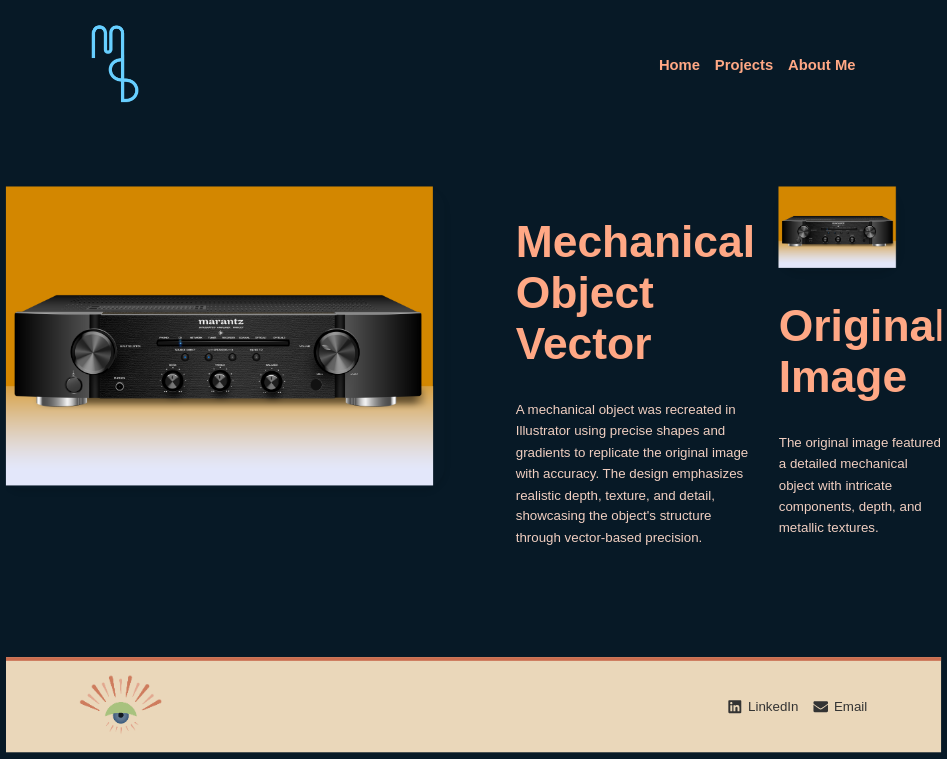
Repository: madelinestruthers/madeline-portfolio-site
Page: /Projects/mechanical-object
The author's editor kept a copy of each file at every save. The page is drawn from the files as they stood at one save, then again after the next save.
The browser window is 1280 px wide. The pictures show the whole page, at 74% of full size.
The project was rebuilt for these pictures with package versions that can differ from the ones it lists, and the page was loaded fresh each time. The framework's server and built-in components were replaced by stand-ins that run in the browser. Also part of the build but not shown: next.config.mjs.

Above is the page before, as saved 2025-02-09 14:31:03.

After the next save:
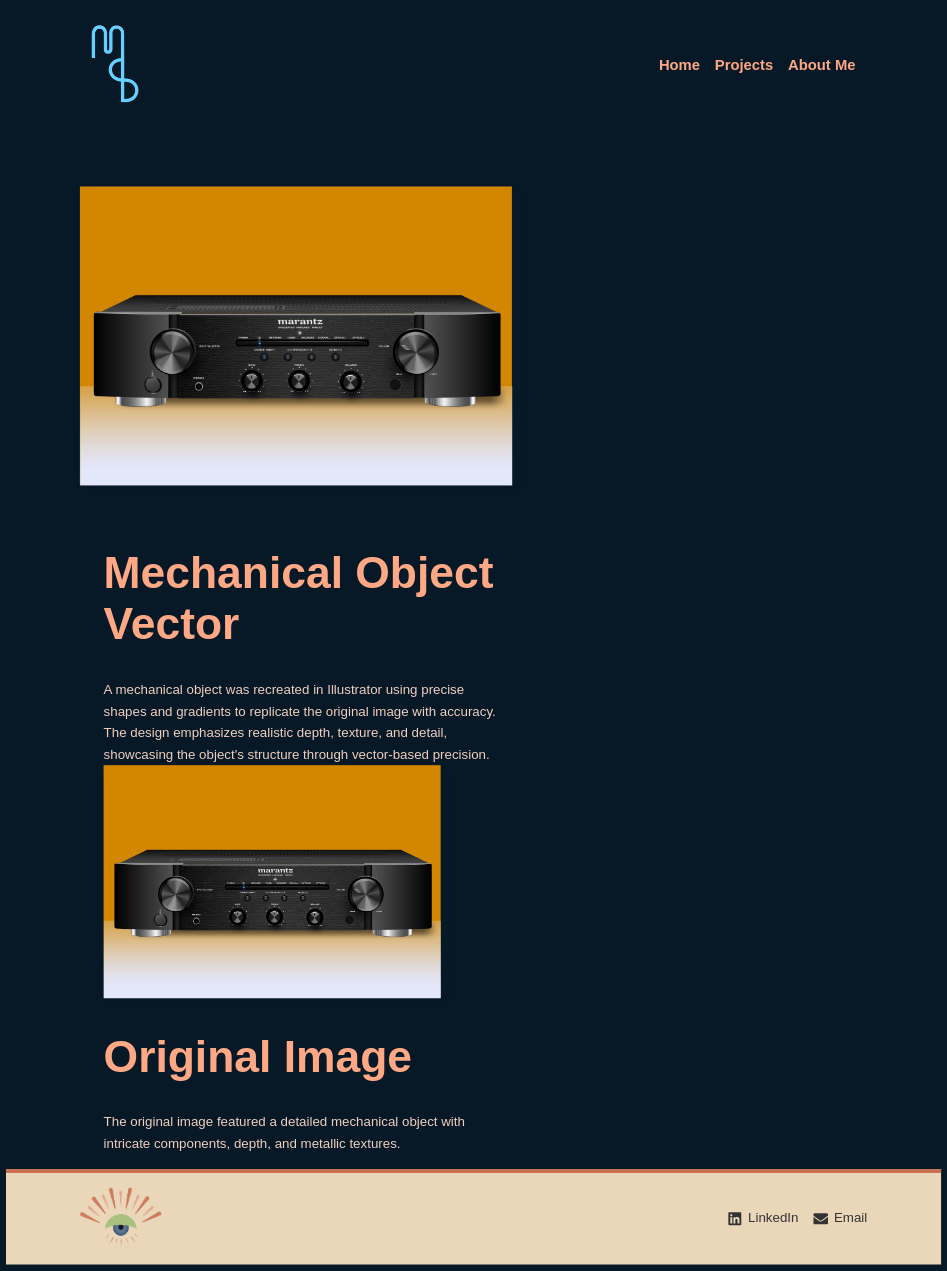
Saved 3 min 3 s later.
--- a/src/styles/About.module.css
+++ b/src/styles/About.module.css
@@ -48,7 +48,7 @@
   /* Responsive Adjustments */
   @media (min-width: 768px) {
     .container {
-      flex-direction: row; /* Align image and text horizontally */
+      flex-direction: column; /* Align image and text horizontally */
       align-items: flex-start;
       text-align: left; /* Align text to the left for larger screens */
       padding: 20px 100px;
